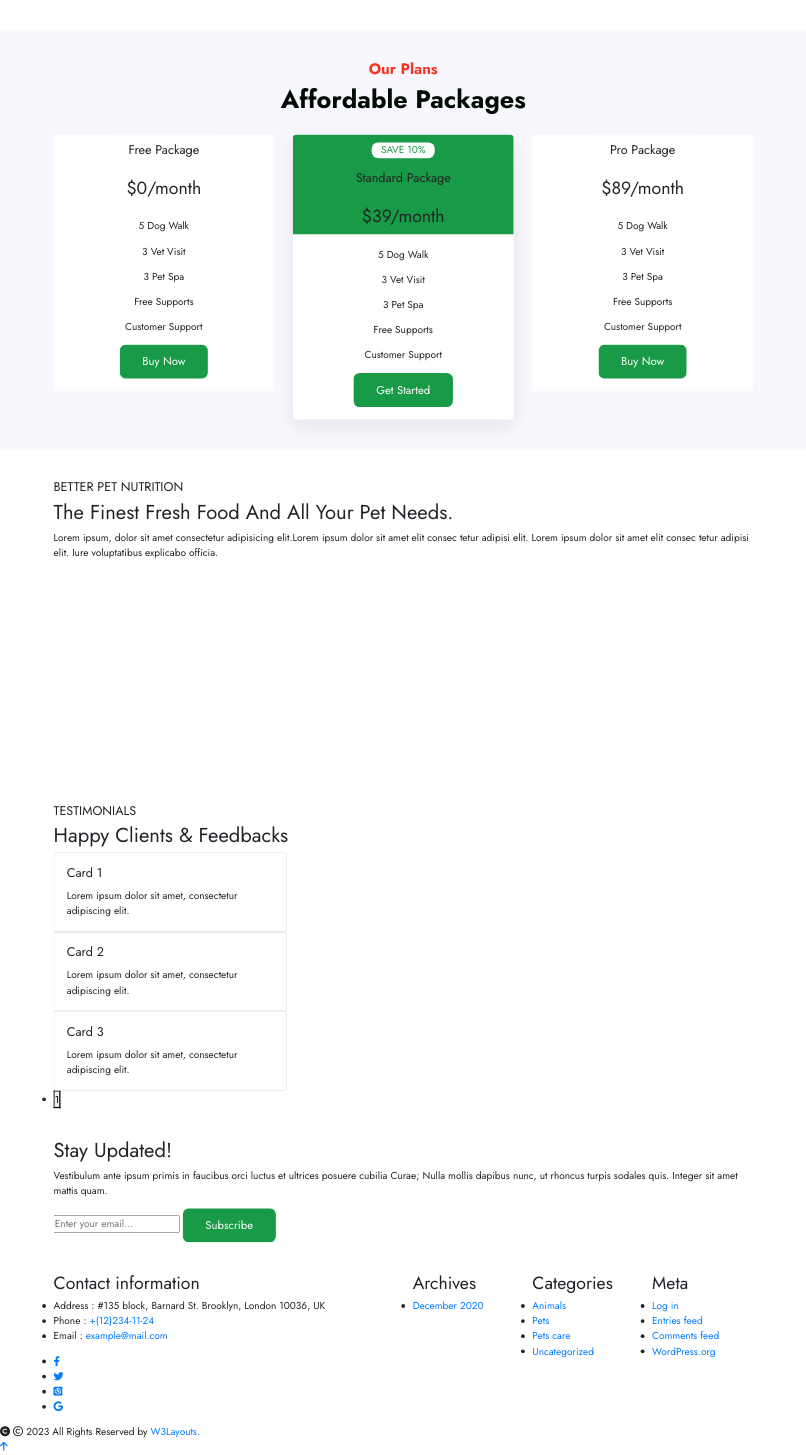
Repository: thanhfrankie/poochcare
Page: index.html
An editor plug-in stored every save of this project. The page is shown before and after the next save, followed by the edit.
The browser window is 1280 px wide. The pictures show the whole page, at 63% of full size.
Pictures or frames that could not be fetched are drawn as grey boxes.

Above is the page before, as saved 2023-12-20 22:32:47.

After the next save:
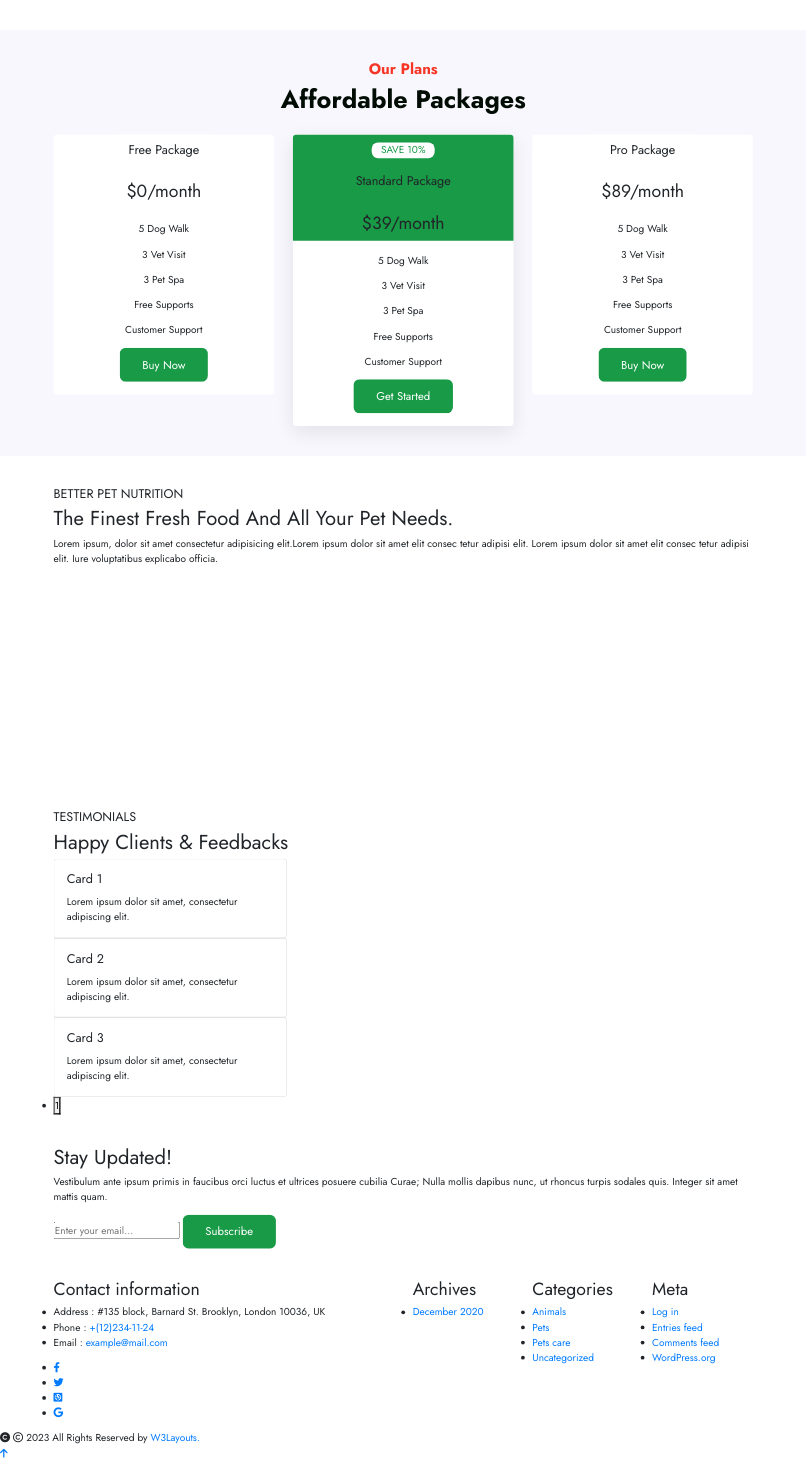
Saved 12 s later.
--- a/css/pricing.css
+++ b/css/pricing.css
@@ -41,7 +41,7 @@
     align-items: center;
     flex-direction: column;
     text-align: center;
-    gap: 20px;
+    gap: 25px;
     background-color: white;
     border:  none;
 }
